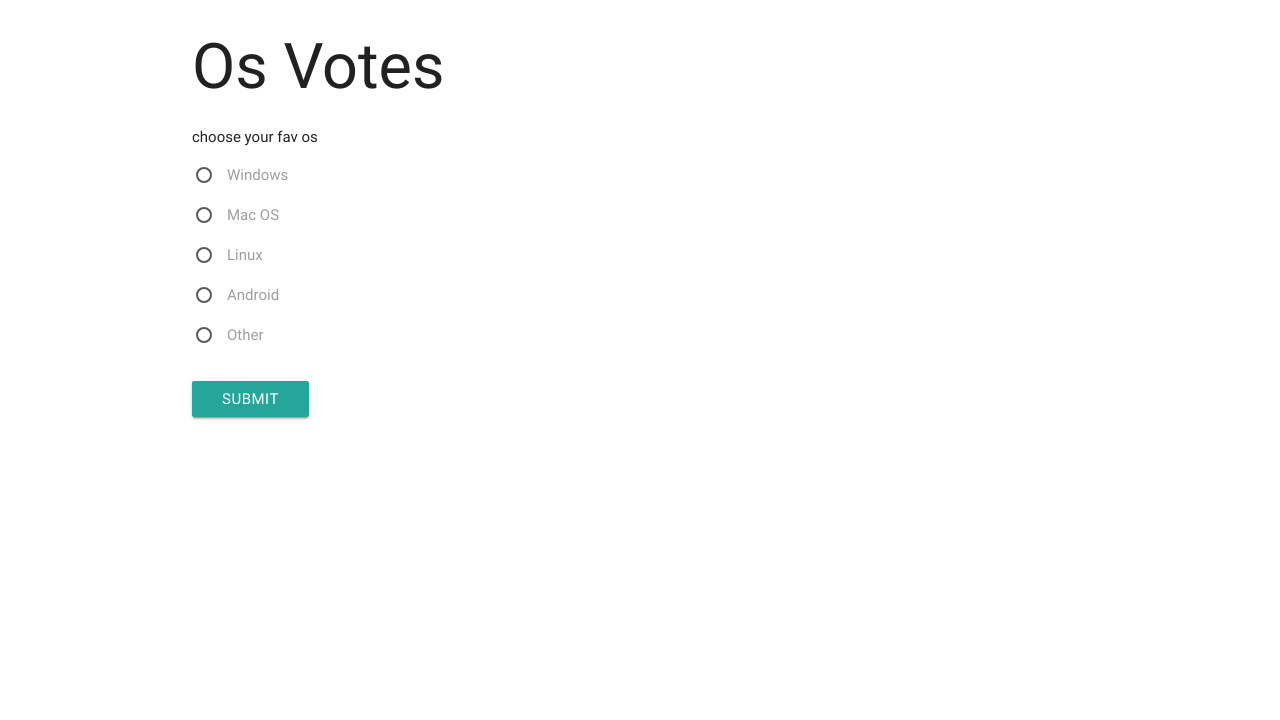
Repository: AdaLover/osPoll
Page: public/index.html
These files come from the project's save history. The page is drawn as it stood at one moment and after the next save; the edit follows.
The browser window is 1280 px wide. The pictures show the whole page.

Above is the page before, as saved 2018-01-31 21:10:44.

After the next save:
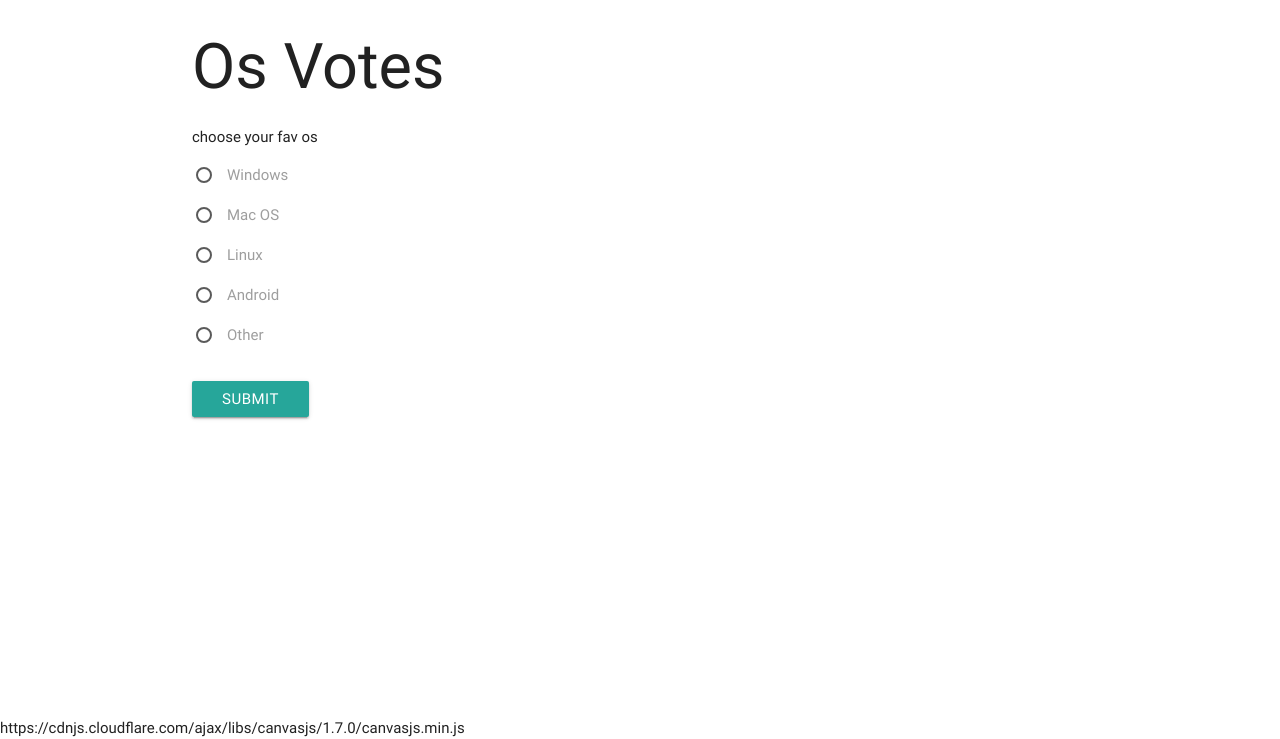
Saved 20 s later.
--- a/public/index.html
+++ b/public/index.html
@@ -45,6 +45,7 @@
     <script src="http://code.jquery.com/jquery-3.3.1.js" integrity="sha256-2Kok7MbOyxpgUVvAk/HJ2jigOSYS2auK4Pfzbm7uH60=" crossorigin="anonymous"></script>
     <script src="https://cdnjs.cloudflare.com/ajax/libs/materialize/0.100.2/js/materialize.min.js"></script>
     <script src="https://js.pusher.com/4.1/pusher.min.js"></script>
+    https://cdnjs.cloudflare.com/ajax/libs/canvasjs/1.7.0/canvasjs.min.js
 </body>
 
 </html>

After the save that followed:
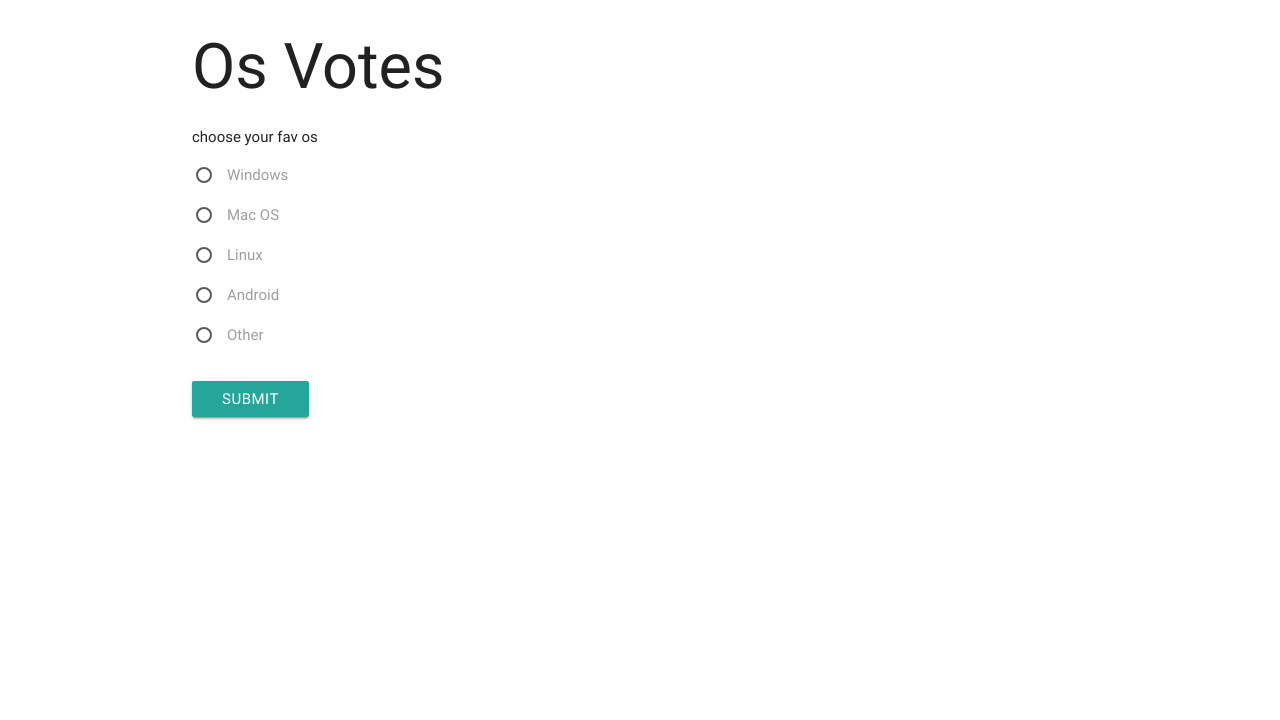
Saved 28 s later.
--- a/public/index.html
+++ b/public/index.html
@@ -45,7 +45,8 @@
     <script src="http://code.jquery.com/jquery-3.3.1.js" integrity="sha256-2Kok7MbOyxpgUVvAk/HJ2jigOSYS2auK4Pfzbm7uH60=" crossorigin="anonymous"></script>
     <script src="https://cdnjs.cloudflare.com/ajax/libs/materialize/0.100.2/js/materialize.min.js"></script>
     <script src="https://js.pusher.com/4.1/pusher.min.js"></script>
-    https://cdnjs.cloudflare.com/ajax/libs/canvasjs/1.7.0/canvasjs.min.js
+    <script src="https://cdnjs.cloudflare.com/ajax/libs/canvasjs/1.7.0/canvasjs.min.js"></script>
+
 </body>
 
 </html>
